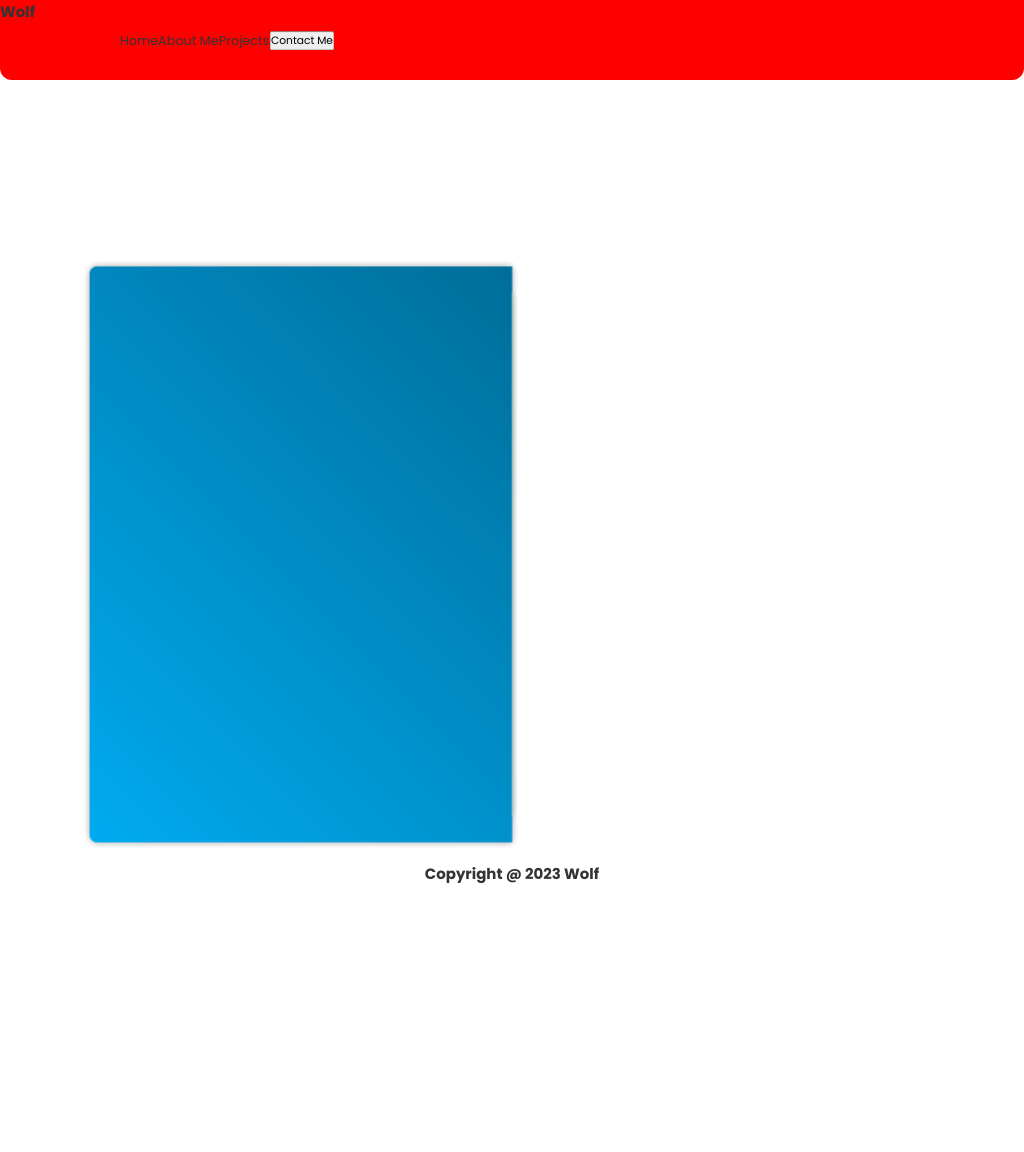
Repository: Ego-Wolf/Portfolio
Page: index.html
The author's editor kept a copy of each file at every save. The page is drawn from the files as they stood at one save, then again after the next save.
The browser window is 1280 px wide. The pictures show the whole page, at 80% of full size.
Pictures or frames that could not be fetched are drawn as grey boxes.

Above is the page before, as saved 2023-12-14 16:17:29.

After the next save:
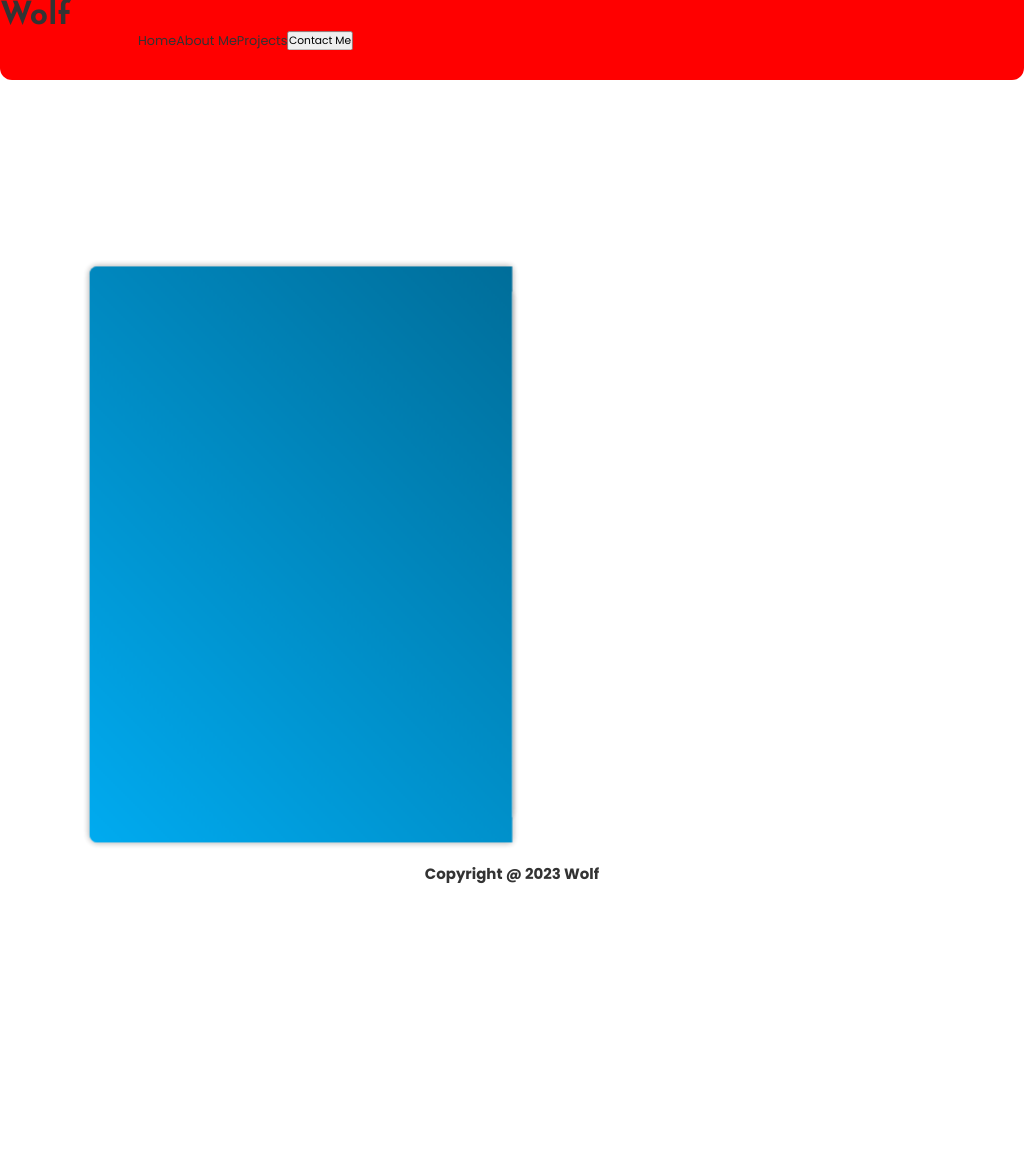
Saved 12 s later.
--- a/style.css
+++ b/style.css
@@ -60,7 +60,7 @@
     align-items: center;
 }
 
-.header ul h3 {
+.header h3 {
     font-size: 40px;
     font-family: var(--font-family-logo);
     /* display: flex; */
